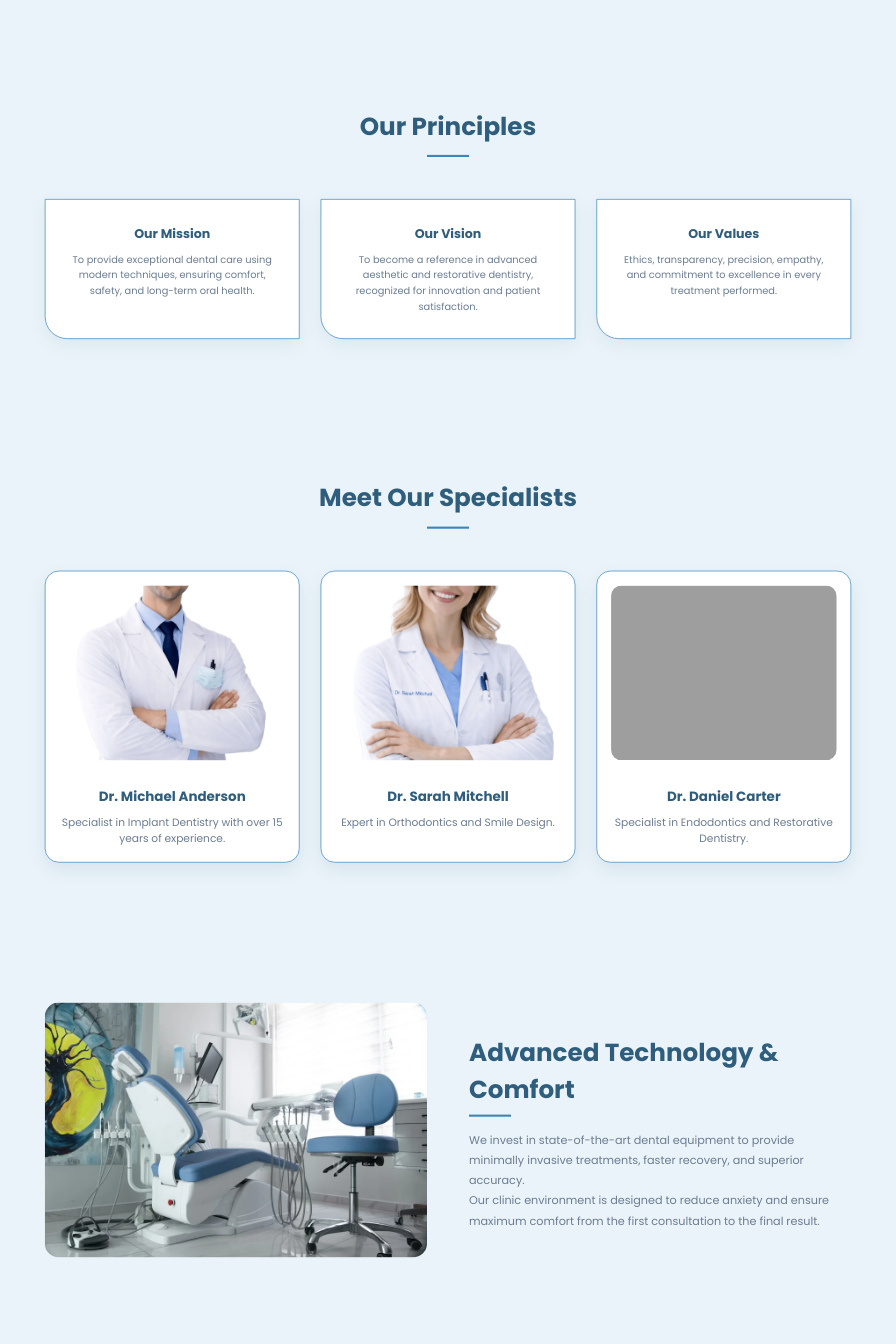
Repository: davidfsillva/OdontoPrime
Page: about.html
These files come from the project's save history. The page is drawn as it stood at one moment and after the next save; the edit follows.
The browser window is 1280 px wide. The pictures show the part of the page from y = 996 to 2916 px (the page is 3454 px tall), at 70% of full size.
Pictures or frames that could not be fetched are drawn as grey boxes. A picture or video elsewhere on the page could not be fetched, so the positions and the page height are approximate.

Above is the page before, as saved 2026-02-16 23:02:00.

### about.html
<!DOCTYPE html>
<html lang="en">
<head>
<meta charset="UTF-8">
<meta name="viewport" content="width=device-width, initial-scale=1.0">
<title>About - OdontoPrime Excellence</title>

<link rel="stylesheet" href="style.css">
<link href="https://fonts.googleapis.com/css2?family=Poppins:wght@300;400;600;700&display=swap" rel="stylesheet">
</head>


<body>

<!-- HEADER -->
<header>
    <div class="container nav-container">
        <div class="logo">OdontoPrime</div>

        <nav id="nav">
            <a href="index.html">Home</a>
            <a href="about.html" class="active">About</a>
            <a href="services.html">Services</a>
            <a href="contact.html">Contact</a>
        </nav>

        <div class="menu-toggle" onclick="toggleMenu()">☰</div>
    </div>
</header>

<!-- HERO ABOUT -->
<section class="hero hero-about">
    <div class="container hero-content">
        <div class="hero-text">
            <h1>About OdontoPrime Excellence</h1>
            <p>
                Dedicated to delivering advanced dental care with precision,
                innovation, and a patient-centered approach.
            </p>
        </div>
    </div>
</section>

<!-- OUR STORY -->
<section class="about-preview">
    <div class="container about-grid">
        <div class="about-text">
            <h2>Our Story</h2>
            <p>
                Founded over a decade ago, OdontoPrime Excellence was created with a clear mission:
                to redefine modern dentistry through innovation, comfort, and excellence.
                Our clinic combines advanced technology with a humanized approach,
                ensuring each patient receives personalized and comprehensive care.
            </p>

            <p>
                Over the years, we have built a reputation for delivering long-lasting results,
                aesthetic precision, and preventive solutions that promote complete oral health.
            </p>
        </div>

        <div class="about-image">
            <img src="img/clinic-interior.webp" alt="Dental clinic interior">
        </div>
    </div>
</section>

<!-- MISSION VISION VALUES -->
<section class="departments">
    <div class="container">
        <h2>Our Principles</h2>

        <div class="dept-grid">

            <div class="card">
                <h3>Our Mission</h3>
                <p>
                    To provide exceptional dental care using modern techniques,
                    ensuring comfort, safety, and long-term oral health.
                </p>
            </div>

            <div class="card">
                <h3>Our Vision</h3>
                <p>
                    To become a reference in advanced aesthetic and restorative dentistry,
                    recognized for innovation and patient satisfaction.
                </p>
            </div>

            <div class="card">
                <h3>Our Values</h3>
                <p>
                    Ethics, transparency, precision, empathy, and commitment
                    to excellence in every treatment performed.
                </p>
            </div>

        </div>
    </div>
</section>

<!-- OUR TEAM -->
<section class="departments about-cards">
    <div class="container">
        <h2>Meet Our Specialists</h2>

        <div class="dept-grid">

            <div class="card">
                <img src="img/dr - Copia.png" alt="Lead dentist">
                <h3>Dr. Michael Anderson</h3>
                <p>Specialist in Implant Dentistry with over 15 years of experience.</p>
            </div>

            <div class="card">
                <img src="img/sara.png" alt="Orthodontist">
                <h3>Dr. Sarah Mitchell</h3>
                <p>Expert in Orthodontics and Smile Design.</p>
            </div>

            <div class="card">
                <img src="img/dentist3.webp" alt="Endodontist">
                <h3>Dr. Daniel Carter</h3>
                <p>Specialist in Endodontics and Restorative Dentistry.</p>
            </div>

        </div>
    </div>
</section>

<!-- WHY CHOOSE US EXTENDED -->
<section class="about-preview">
    <div class="container about-grid">

        <div class="about-image">
            <img src="img/photo.webp" alt="Dental technology">
        </div>

        <div class="about-text">
            <h2>Advanced Technology & Comfort</h2>
            <p>
                We invest in state-of-the-art dental equipment to provide
                minimally invasive treatments, faster recovery, and superior accuracy.
            </p>

            <p>
                Our clinic environment is designed to reduce anxiety and ensure
                maximum comfort from the first consultation to the final result.
            </p>
        </div>

    </div>
</section>

<!-- CALL TO ACTION -->
<section class="departments">
    <div class="container" style="text-align:center;">
        <h2>Ready to Transform Your Smile?</h2>
        <p style="max-width:600px; margin:20px auto; color:var(--text-medium);">
            Schedule your consultation today and discover a new standard of dental excellence.
        </p>

        <a href="contact.html" class="btn-view">Book Your Consultation</a>
    </div>
</section>

<!-- FOOTER -->
<footer>
    <p>© 2026 OdontoPrime - All Rights Reserved</p>
</footer>


<!-- BOTÃO VOLTAR AO TOPO -->
<a href="#" class="back-to-top" id="backToTop">↑</a>

<script src="script.js"></script>


</body>
</html>

### style.css
:root{

    --primary-blue: #2F5D7C;
    --secondary-blue: #4F7FA3;
    --accent-blue: #3A86B9;

    --bg-light: #EAF3F9;
    --white: #FFFFFF;
    --off-white: #E6EEF5;

    --text-dark: #2E3A46;
    --text-medium: #6B7C8F;

    --hero-gradient-start: rgba(47, 93, 124, 0.95);
    --hero-gradient-end: rgba(79, 127, 163, 0.85);

    --shadow-soft: 0 5px 20px rgba(47, 93, 124, 0.08);
}

*{
    margin:0;
    padding:0;
    box-sizing:border-box;
    font-family:'Poppins', sans-serif;
}

body{
    background:var(--bg-light);
    color:var(--text-dark);
}

.container{
    width:90%;
    max-width:1200px;
    margin:auto;
}

/* HEADER */

nav{
    display:flex;
    align-items:center;
}

header{
    position:absolute;
    width:100%;
    padding:25px 0;
    z-index:1000;
    background:transparent;
}

.nav-container{
    display:flex;
    justify-content:space-between;
    align-items:center;
}

.logo{
    font-weight:700;
    font-size:1.9rem;
    color:var(--white);
    text-shadow: 0 3px 8px rgba(0, 0, 0, 0.5);
}

nav a{
    margin-left:25px;
    text-decoration:none;
    color:var(--white);
    font-weight:500;
    transition:0.3s;
}

nav a:hover{
    color:var(--accent-blue);
}

.menu-toggle{
    display:none;
    font-size:24px;
    cursor:pointer;
    color:var(--white);
}

nav a.active{
    color: var(--accent-blue);
    font-weight: 600;
    position: relative;
}

/* HERO */

.hero{
    min-height:100vh;
    display:flex;
    align-items:center;
    background:
    linear-gradient(to right,
    rgba(79, 127, 163, 0.438),
    rgba(58, 134, 185, 0.048)),
    url('img/hero.webp') center/cover no-repeat;
    color:var(--white);
    padding:0 0;
    position:relative;
}

.hero-content{
    width:100%;
}

.hero-text{
    max-width:600px;
}

.hero h1{
    font-size:2.8rem;
    margin-bottom:20px;
    font-weight:700;
    line-height:1.2;
    text-shadow: 0 3px 8px rgba(0, 0, 0, 0.5);
}

.hero p{
    margin-bottom:25px;
    max-width:500px;
    font-size:16px;
    line-height:1.6;
    color:var(--white);
    text-shadow: 0 3px 8px rgba(0, 0, 0, 0.5);
}

.hero-about{
    background: var(--primary-blue);
    min-height: 60vh;
}


/* HERO STATS */

.hero-stats{
    position:absolute;
    bottom:0px;
    left:60%;
    transform:translateX(-50%);
    width:90%;
    max-width:1100px;
    display:grid;
    grid-template-columns:repeat(auto-fit, minmax(180px,1fr));
    gap:20px;
    padding:25px 40px;
    background:rgba(255,255,255,0.15);
    backdrop-filter:blur(15px);
    -webkit-backdrop-filter:blur(15px);
    border-radius:20px 0px 0px 0px;
    border:1px solid rgba(255,255,255,0.2);
}

.stat-item{
    text-align:center;
    color:var(--white);
}

.stat-item h2{
    font-size:2rem;
    font-weight:700;
}

.stat-item p{
    font-size:0.9rem;
    opacity:0.9;
}

/* BUTTONS */

.btn{
    padding:14px 30px;
    background:var(--white);
    border:none;
    color:var(--primary-blue);
    font-weight:600;
    border-radius:30px;
    cursor:pointer;
    transition:0.3s;
}

.btn:hover{
    background:var(--accent-blue);
    color:var(--white);
    transform:translateY(-3px);
}

.btn-view {
    padding:14px 30px;
    background:var(--accent-blue);
    border:none;
    color:var(--white);
    font-weight:600;
    border-radius:30px;
    cursor:pointer;
    transition:0.3s;
    text-decoration: none;
    text-align: center;
    display: block;
    width: fit-content;
    margin:40px auto 0;
}

.btn-view:hover {
    transform: translateY(-5px);
    box-shadow: 0 15px 30px rgba(0,0,0,0.2);
}

/* ABOUT */
.about-image{
    position:relative;
    overflow:hidden;
}


.about-preview{
    padding:100px 0;
}

.about-grid{
    display:grid;
    grid-template-columns:1fr 1fr;
    gap:60px;
    align-items:center;
}

.about-text h2{
    font-size:2.2rem;
    color:var(--primary-blue);
    margin-bottom:20px;
    position:relative;
}

.about-text h2::after{
    content:"";
    width:60px;
    height:3px;
    background:var(--accent-blue);
    display:block;
    margin-top:10px;
}

.about-text p{
    font-size:16px;
    line-height:1.8;
    color:var(--text-medium);
}

.about-grid img:not(.lead-dentist){
    width:100%;
    border-radius:20px;
}

.lead-dentist {
    border-radius: 30px; /* cantos arredondados */
    width: 60%;
    height: auto;
    margin: 0 auto;
    box-shadow: 0 8px 20px rgba(0,0,0,0.2); /* opcional: sombra suave */
    display: flex;
    justify-content: center; /* centraliza horizontalmente */
    align-items: center;     /* centraliza verticalmente se tiver altura */
}

/* DEPARTMENTS */

.departments{
    padding:100px 0;
}

.departments h2{
    text-align:center;
    font-size:2.2rem;
    color:var(--primary-blue);
    margin-bottom:60px;
    position:relative;
}

.departments h2::after{
    content:"";
    width:60px;
    height:3px;
    background:var(--accent-blue);
    display:block;
    margin:15px auto 0;
}

.dept-grid{
    display:grid;
    grid-template-columns: repeat(auto-fit, minmax(280px, 1fr));
    gap:30px;
}


.card {
    background:var(--white);
    padding:35px 25px;
    text-align:center;
    border-radius:18px;
    box-shadow:0 8px 25px rgba(47,93,124,0.08);
    transition:0.3s ease;


    border-radius: 0 0 0 32px;
    border:1px solid #3A86B9;

}

.why-card{
    border: none;
}


.card:hover{
    transform:translateY(-6px);
    box-shadow:0 15px 35px rgba(47,93,124,0.15);
}

.card img{
    width:60px;
    margin-bottom:15px;
}

.card h3{
    font-size:18px;
    margin-bottom:12px;
    color:var(--primary-blue);
}

.card p{
    font-size:14px;
    line-height:1.6;
    color:var(--text-medium);
}

/* WHY SECTION FULL IMAGE CARDS */

.why-card {
    position: relative;
    overflow: hidden;
    padding: 0;
    height: 350px;
    border-radius: 20px;
}

.why-card img {
    width: 100%;
    height: 100%;
    object-fit: cover;
    display: block;
}

.why-card .card-content {
    position: absolute;
    bottom: 0;
    width: 100%;
    padding: 25px;
    background: linear-gradient(
        to top,
        rgba(0,0,0,0.75),
        rgba(0,0,0,0.2)
    );
    color: var(--white);
}

.why-card h3 {
    margin-bottom: 8px;
    color: var(--white);
}

.why-card p {
    color: rgba(255,255,255,0.9);
    font-size: 14px;
}


/* WHY US */

.why-us{
    padding:100px 0;
    background:var(--white);
}

.why-us h2{
    text-align:center;
    font-size:2.2rem;
    margin-bottom:60px;
    color:var(--primary-blue);
    position:relative;
}

.why-us h2::after{
    content:"";
    width:60px;
    height:3px;
    background:var(--accent-blue);
    display:block;
    margin:15px auto 0;
}

.contact-grid{
    display:grid;
    grid-template-columns:1fr 1fr;
    gap:60px;
    align-items:start;
}

/* BOTÃO VOLTAR AO TOPO */
.back-to-top {
    position: fixed;       /* fixa na tela */
    bottom: 30px;          /* distância do rodapé */
    right: 30px;           /* distância da borda direita */
    background: var(--accent-blue);
    color: var(--white);
    padding: 12px 18px;
    border-radius: 50px;   /* deixa arredondado */
    text-decoration: none;
    font-weight: 600;
    font-size: 12px;
    box-shadow: 0 8px 20px rgba(0,0,0,0.2);
    transition: 0.3s;
    opacity: 0;            /* inicialmente invisível */
    pointer-events: none;  /* não clicável até aparecer */
    z-index: 1000;
}

.back-to-top:hover {
    background: var(--off-white);
    transform: translateY(-3px);
    color: black;
}

/* quando visível */
.back-to-top.show {
    opacity: 1;
    pointer-events: auto;
}

/* CARDS ESPECÍFICOS DA PÁGINA ABOUT */
.departments.about-cards .card {
    border-radius: 20px;
    padding: 20px;
    box-shadow: 0 10px 25px rgba(47,93,124,0.1);
    transition: transform 0.3s ease, box-shadow 0.3s ease;
    text-align: center;
}

/* Hover */
.departments.about-cards .card:hover {
    transform: translateY(-5px);
    box-shadow: 0 15px 35px rgba(47,93,124,0.2);
}

/* Card titles and text */
.departments.about-cards .card h3 {
    font-size: 1.2rem;
    color: var(--primary-blue);
    margin: 15px 0 10px;
}

.departments.about-cards .card p {
    font-size: 0.95rem;
    line-height: 1.6;
    color: var(--text-medium);
}

/* Imagem maior e proporcional */
.departments.about-cards .card img {
    width: 100%;          /* ocupa toda a largura do card */
    height: 250px;        /* altura maior */
    object-fit: cover;    /* mantém proporção e recorta excesso */
    border-radius: 15px;  /* cantos arredondados */
    margin-bottom: 15px;  /* separação do texto */
}






/* FOOTER */

footer{
    background:var(--primary-blue);
    color:var(--white);
    text-align:center;
    padding:30px;
    font-size:14px;
}

/* RESPONSIVE */

/* =========================
   RESPONSIVE
========================= */
@media (max-width: 768px) {

    /* NAVIGATION */
    nav {
        position: absolute;
        top: 80px;
        right: 0;
        background: var(--white);
        flex-direction: column;
        width: 200px;
        display: none;
        box-shadow: var(--shadow-soft);
    }

    nav a {
        padding: 15px;
        margin: 0;
        border-bottom: 1px solid var(--off-white);
        color: var(--text-dark);
    }

    nav.active {
        display: flex;
    }

    .menu-toggle {
        display: block;
    }

        /* HERO INTERNO (about, services, contact) */
    .hero-about,
    .hero-services,
    .hero-contact {
        min-height: 45vh;
        display: flex;
        align-items: center;
        justify-content: center;
        text-align: center;
        padding: 100px 20px 40px;
    }

    .hero-about h1,
    .hero-services h1,
    .hero-contact h1 {
        font-size: 1.6rem;
    }

    .hero-about p,
    .hero-services p,
    .hero-contact p {
        font-size: 0.95rem;
        max-width: 100%;
        margin: 0 auto;
    }

    /* ABOUT GRID */
    .about-grid {
        grid-template-columns: 1fr;
        gap: 30px;
        text-align: center;
    }

    .about-text h2 {
        font-size: 1.6rem;
    }

    /* DEPARTMENTS / SERVICES GRID */
    .dept-grid {
        grid-template-columns: 1fr;
        gap: 20px;
    }

    .card {
        padding: 25px 20px;
    }

    /* WHY SECTION */
    .why-us {
        padding: 70px 0;
    }

    .why-card {
        height: 280px;
    }

    /* CONTACT PAGE (caso tenha form grid) */
    .contact-grid {
        grid-template-columns: 1fr;
        gap: 30px;
    }

    .contact-form input,
    .contact-form textarea {
        width: 100%;
    }

    .hero {
        flex-direction: column;
        justify-content: center;
        align-items: center;
        text-align: center;
        padding: 20px 20px 0;
        background:
            linear-gradient(to top,
            rgba(47, 93, 124, 0.048),
            rgba(47, 93, 124, 0.2)),
            url('img/hero-mobile.webp') center/cover no-repeat;
    }



    .hero h1 {
        font-size: 1.8rem;
    }

    .hero p {
        max-width: 100%;
    }

        .hero-stats {
        left: 50%;
        transform: translateX(-50%);
        width: 95%;
        max-width: 100%;
        border-radius: 20px 20px 0 0;
        padding: 10px 12px 10px;
        gap: 1px;
        grid-template-columns: repeat(2, 1fr);
    }

    .stat-item h2 {
        font-size: 1.4rem;
    }

    .stat-item p {
        font-size: 0.75rem;
    }



}

### script.js
// TOGGLE MENU MOBILE
function toggleMenu() {
    document.getElementById("nav").classList.toggle("active");
}

// BOTÃO VOLTAR AO TOPO
const backToTopButton = document.getElementById('backToTop');

// Mostrar o botão quando a página for rolada 300px ou mais
window.addEventListener('scroll', () => {
    if (window.scrollY > 300) {
        backToTopButton.classList.add('show');
    } else {
        backToTopButton.classList.remove('show');
    }
});

// Rolar suavemente até o topo ao clicar
backToTopButton.addEventListener('click', (e) => {
    e.preventDefault();
    window.scrollTo({ top: 0, behavior: 'smooth' });
});

After the next save:
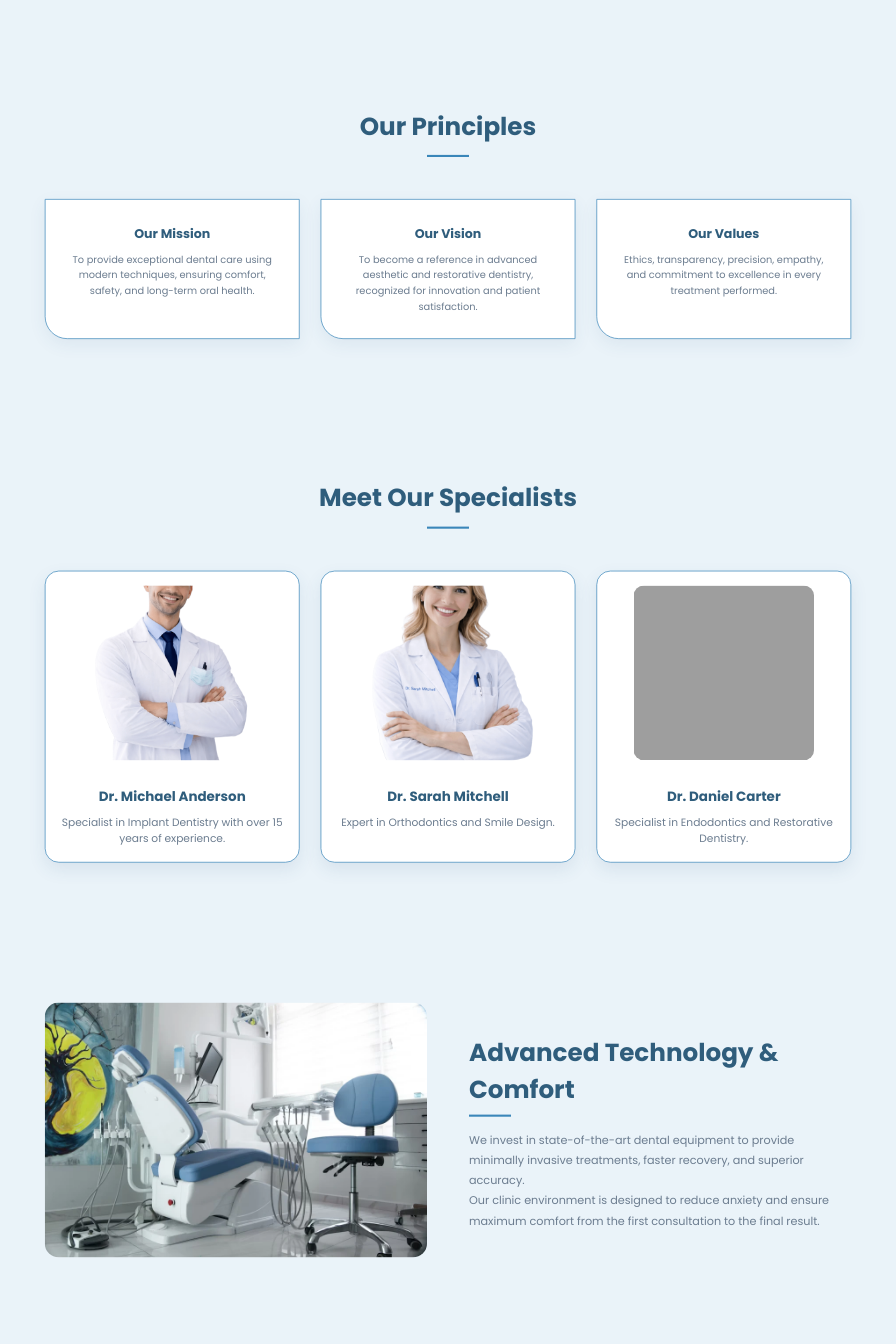
Saved 16 s later.
--- a/style.css
+++ b/style.css
@@ -470,7 +470,7 @@ nav a.active{
 
 /* Imagem maior e proporcional */
 .departments.about-cards .card img {
-    width: 100%;          /* ocupa toda a largura do card */
+    width: 80%;          /* ocupa toda a largura do card */
     height: 250px;        /* altura maior */
     object-fit: cover;    /* mantém proporção e recorta excesso */
     border-radius: 15px;  /* cantos arredondados */
